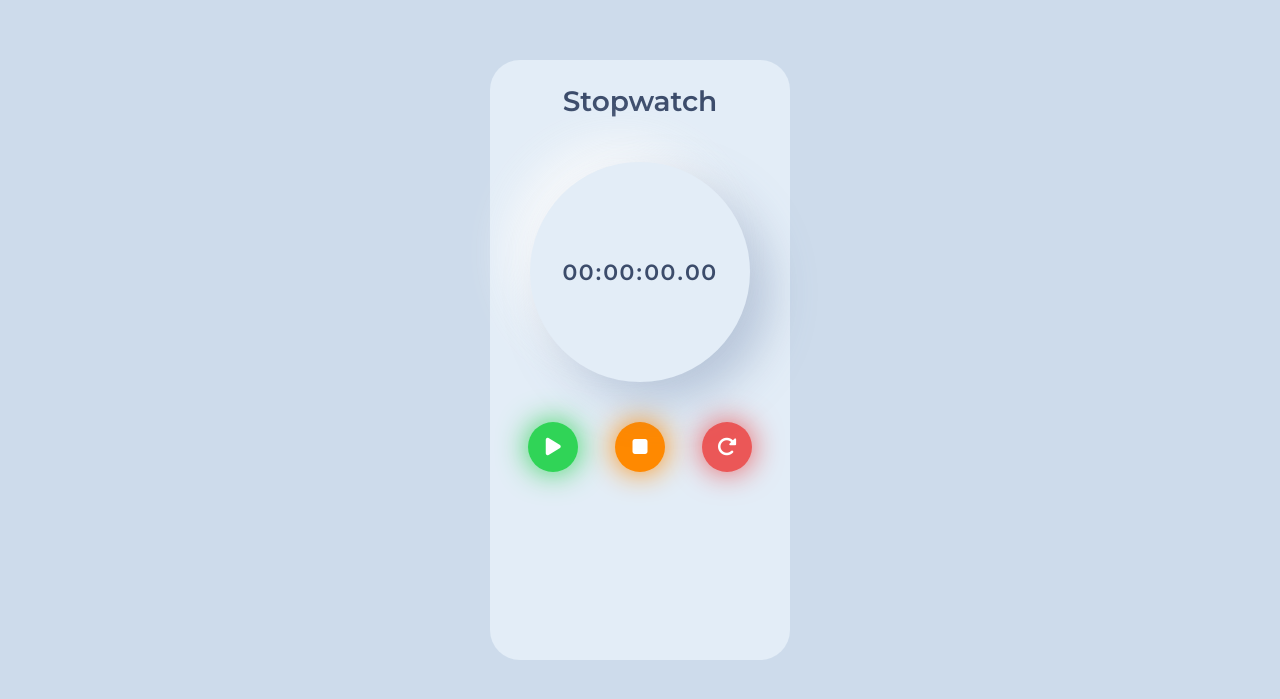
Repository: dinhtri123/stopwatch
Page: index.html
The author's editor kept a copy of each file at every save. The page is drawn from the files as they stood at one save, then again after a run of saves.
The browser window is 1280 px wide. The pictures show the whole page.

Above is the page before, as saved 2023-01-05 15:46:38.

After the next 3 saves:
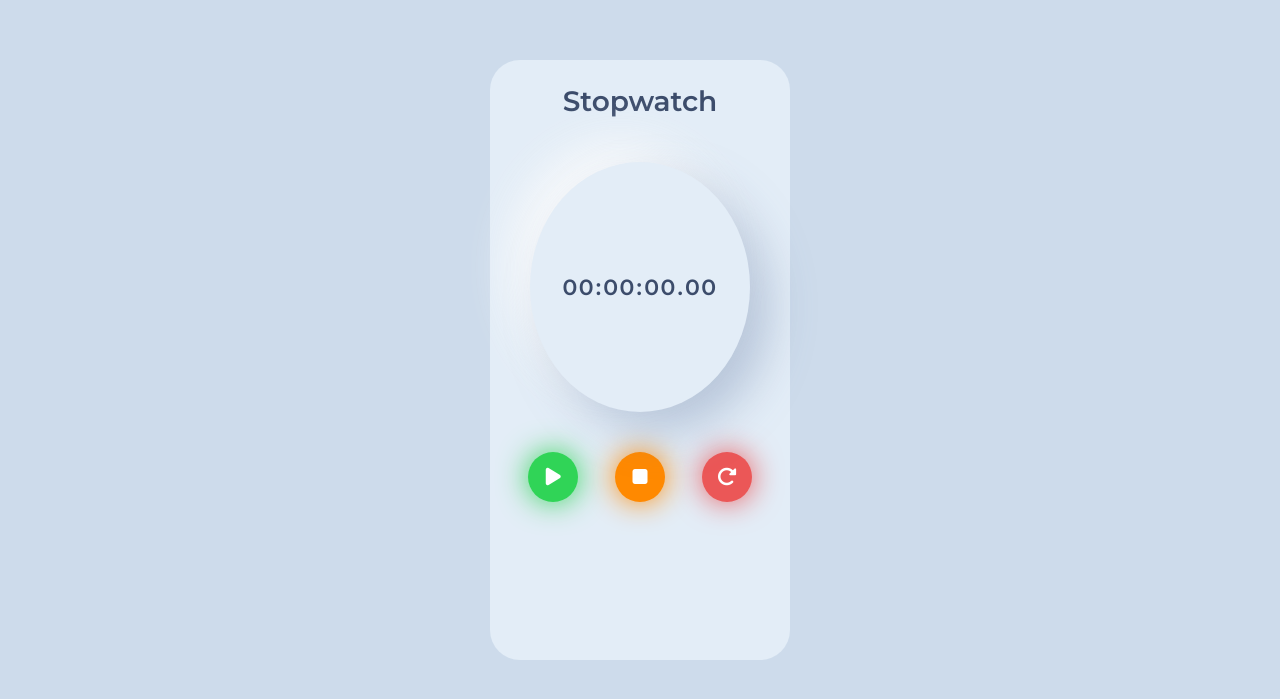
The 3 saves are shown as one change because they came seconds apart.
The last was saved 8 s later.
--- a/style.css
+++ b/style.css
@@ -51,6 +51,7 @@
   color: #3c4c6b;
   letter-spacing: 1.5px;
   position: relative;
+  height: 250px;
 }
 .timer > p {
   width: 28px;

After the save that followed:
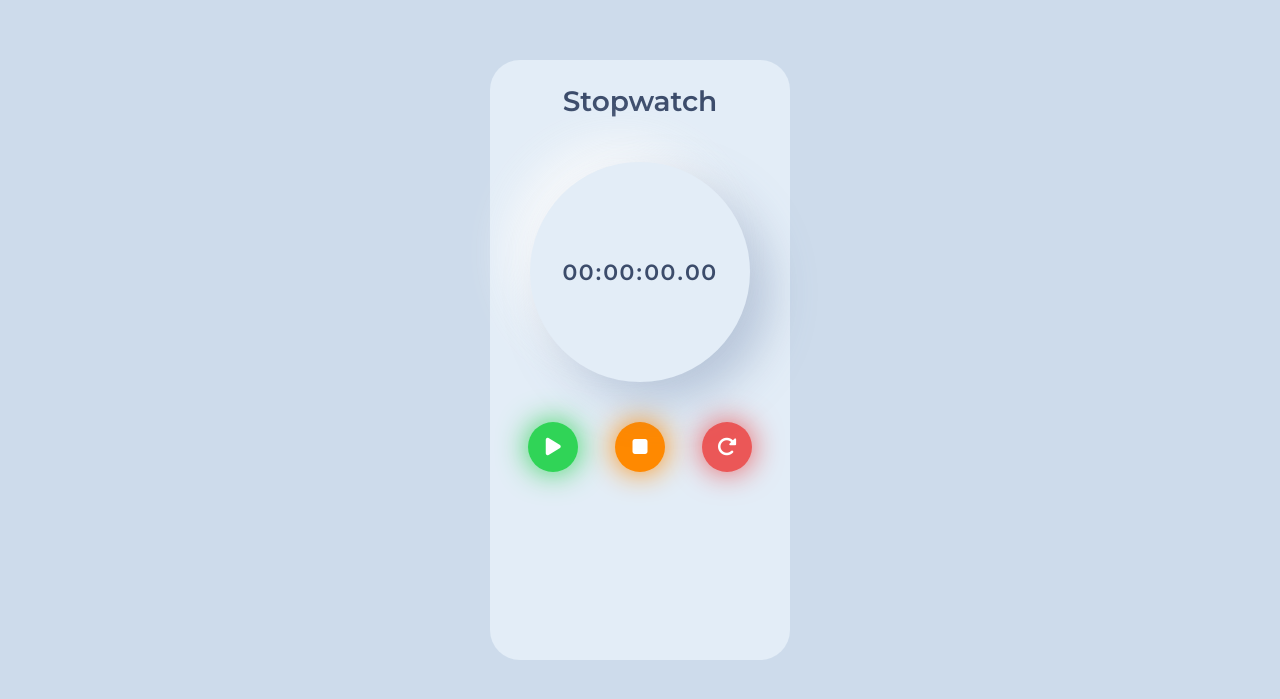
Saved 14 s later.
--- a/style.css
+++ b/style.css
@@ -51,7 +51,6 @@
   color: #3c4c6b;
   letter-spacing: 1.5px;
   position: relative;
-  height: 250px;
 }
 .timer > p {
   width: 28px;
